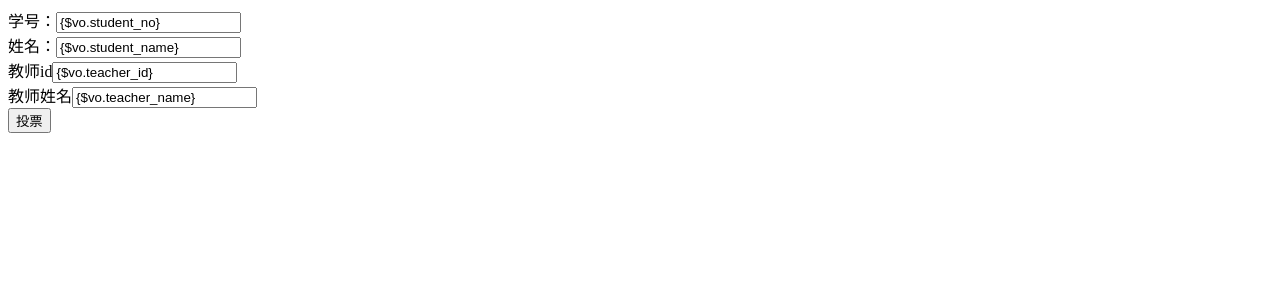
Repository: yonghuisu/THUVote
Page: LocalProject/Application/Home/View/Vote/edit.html
These files come from the project's save history. The page is drawn as it stood at one moment and after the next save; the edit follows.
The browser window is 1280 px wide. The pictures show the whole page.

Above is the page before, as saved 2014-04-14 08:59:36.

### LocalProject/Application/Home/View/Vote/edit.html
<FORM method="post" action="__URL__/update">
学号：<INPUT type="text" name="student_no" value = "{$vo.student_no}"><br/>
姓名：<INPUT type="text" name="student_name" value = "{$vo.student_name}"><br/>
<volist>
教师id<INPUT type="text" name = "teacher_id" value = "{$vo.teacher_id}"><br/>
教师姓名<INPUT type="text" name = "teacher_name" value = "{$vo.teacher_name}"><br/>
</volist>
 <INPUT type="submit" value="投票">
 </FORM>

After the next save:
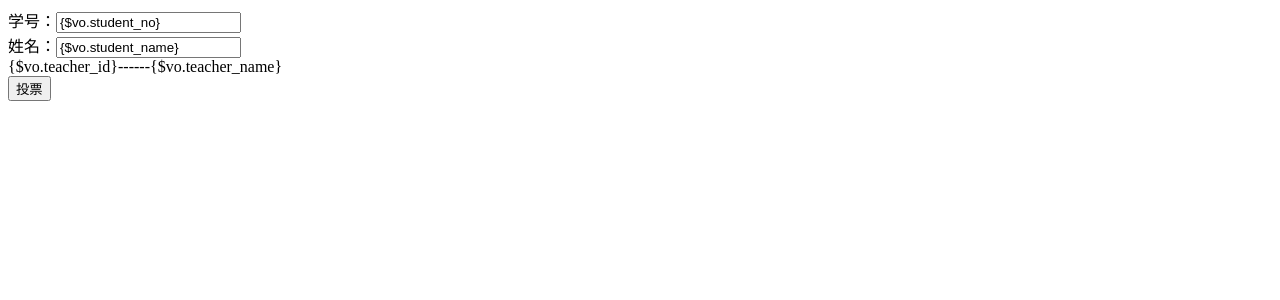
Saved 39 s later.
--- a/LocalProject/Application/Home/View/Vote/edit.html
+++ b/LocalProject/Application/Home/View/Vote/edit.html
@@ -2,8 +2,7 @@
 学号：<INPUT type="text" name="student_no" value = "{$vo.student_no}"><br/>
 姓名：<INPUT type="text" name="student_name" value = "{$vo.student_name}"><br/>
 <volist>
-教师id<INPUT type="text" name = "teacher_id" value = "{$vo.teacher_id}"><br/>
-教师姓名<INPUT type="text" name = "teacher_name" value = "{$vo.teacher_name}"><br/>
+{$vo.teacher_id}------{$vo.teacher_name}<br/>
 </volist>
  <INPUT type="submit" value="投票">
  </FORM>
